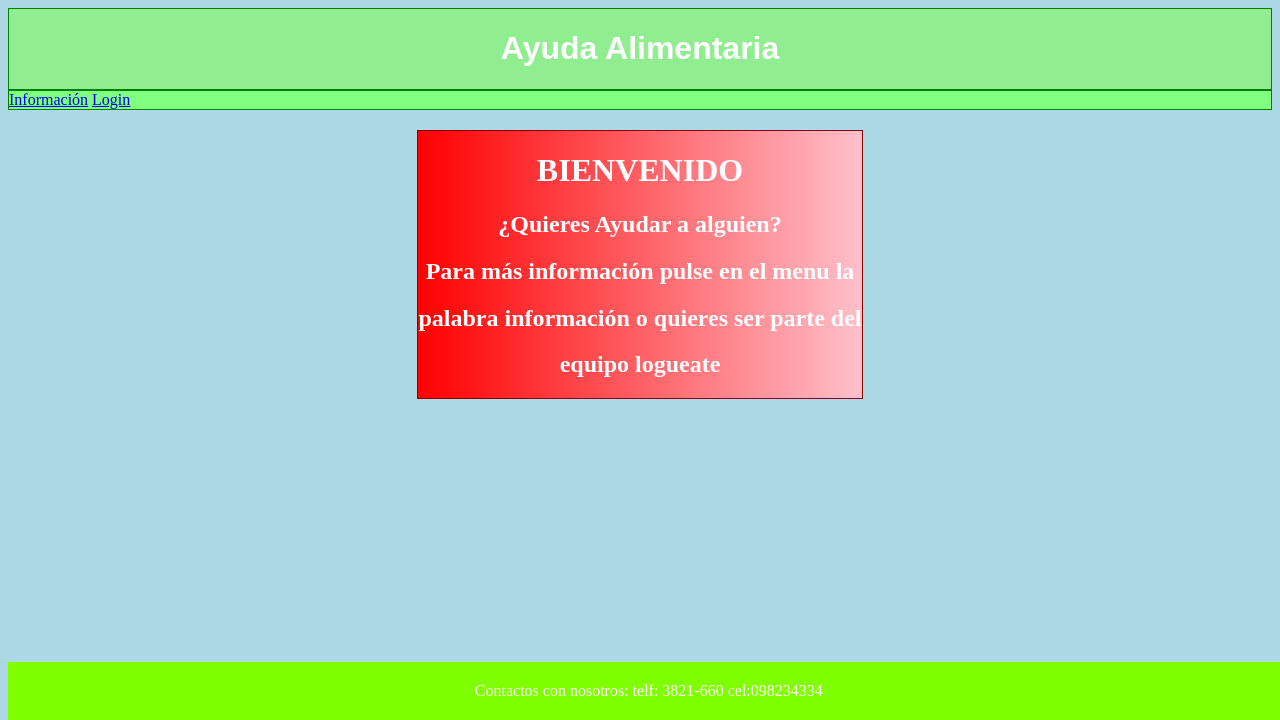
Repository: sonicspeed1/examen1_codigo_bryansantillan
Page: http://localhost/examen_1_bryan_santillan/home.jsp
An editor plug-in stored every save of this project. The page is shown before and after the next save, followed by the edit.
The browser window is 1280 px wide. The pictures show the whole page.
The page is served by Tomcat 9. Other server files are loaded and not shown.

Above is the page before, as saved 2024-05-29 04:51:44.

### examen_1_bryan_santillan/src/main/webapp/home.jsp
<%@ page language="java" contentType="text/html; charset=UTF-8"
    pageEncoding="UTF-8"%>
<!DOCTYPE html>
<html>
<head>
<meta charset="UTF-8">
<link href="estilo.css" rel="stylesheet"/>
<title>Ayuda Alimentaria</title>
</head>
<body class="cuerpo">
<div class="cuadro">
<h1 class="titulo">Ayuda Alimentaria</h1>
</div>
<nav>
<ul class="menu">
<li class="item"><a href="informacion.jsp">Información</a></li>
<li class="item"><a href="Login.jsp">Login</a></li>
</ul>
</nav>
<div class="container">
<div class="cuadro3">
<h1>BIENVENIDO</h1>
 <h2>
 ¿Quieres Ayudar a alguien?
 </h2>
<h2> Para más información pulse en el menu la</h2>
 <h2> palabra información o quieres ser parte del</h2>
<h2>  equipo logueate</h2>
</div>
</div>
<footer class="footer"> Contactos con nosotros: telf: 3821-660 cel:098234334</footer>
</body>
</html>

### examen_1_bryan_santillan/src/main/webapp/estilo.css
@charset "UTF-8";
.cuerpo{
	background-color: lightblue;
}
.cuadro{
	background-color:lightgreen;
	border: 1px solid green;
	display: block;

}
.cuadro2 {
    background-color: #b4aed0;
    border-radius: 5px;
    border: 1px solid purple;
    height: 400px;
    width: 400px;
}
.cuadro3{
	    background: linear-gradient(to right,red,pink);
	    text-align:center;
	    color: white;
	     border: 1px solid darkred;
}
.titulo{
	color: white;
	transition: color 0.3s, text-shadow 0.3s;
	font-family: 'Comic Sans MS', cursive, sans-serif;
	 text-align: center;
}

.titulo:hover {
    color: blue;
    text-shadow: 2px 2px 5px rgba(0, 0, 0, 0.5);
}
.menu{
	list-style-type: none;
    padding: 0;
    background-color: #80ff80;
    border: 1px solid green;
    margin: 0 auto;
    }
.item {
    display: inline-block;
    position: relative;
}
.container {
    display: flex;
    justify-content: center;
    align-items: center;
    margin-top: 20px;
}
.titulo2{
	color: white;
	transition: color 0.3s, text-shadow 0.3s;
	font-family: 'Comic Sans MS', cursive, sans-serif;
	 text-align: center;
}

.titulo2:hover {
    color: red;
    text-shadow: 2px 2px 5px rgba(0, 0, 0, 0.5);
}
.item_login{
	   display: flex;
    justify-content: center;
    align-items: center;
    margin-bottom: 20px;
}
.button{
	background-color: purple;
	border-radius: 5px;
	color: white;
	padding: 10px 20px;
	margin: 15px;
	font-family: 'Comic Sans MS', cursive, sans-serif;
}
.hiper{
	margin-right: 25px;
}

.item_reg{
	   display: flex;
	   margin-bottom:20px;
}

.footer {
    background-color: rgb(128, 255, 0);
    color: #fff;
    padding: 20px;
    text-align: center;
    width: 97%;
    max-width: 1980px;
    position: fixed;
    bottom: 0;
}

.cuadro4 {
    background-color: yellow;
    border-radius: 5px;
    border: 1px solid black;
    height: 400px;
    width: 400px;
}

After the next save:
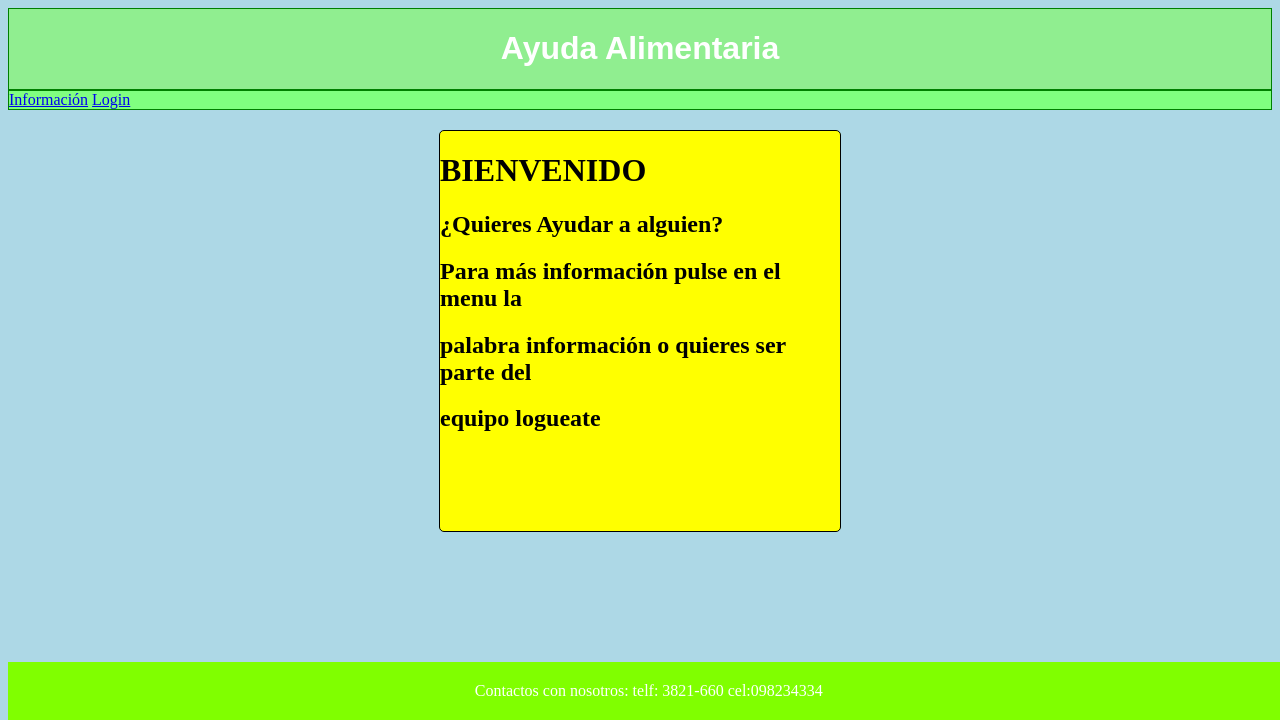
Saved 45 s later.
--- a/examen_1_bryan_santillan/src/main/webapp/home.jsp
+++ b/examen_1_bryan_santillan/src/main/webapp/home.jsp
@@ -18,7 +18,7 @@
 </ul>
 </nav>
 <div class="container">
-<div class="cuadro3">
+<div class="cuadro4">
 <h1>BIENVENIDO</h1>
  <h2>
  ¿Quieres Ayudar a alguien?
